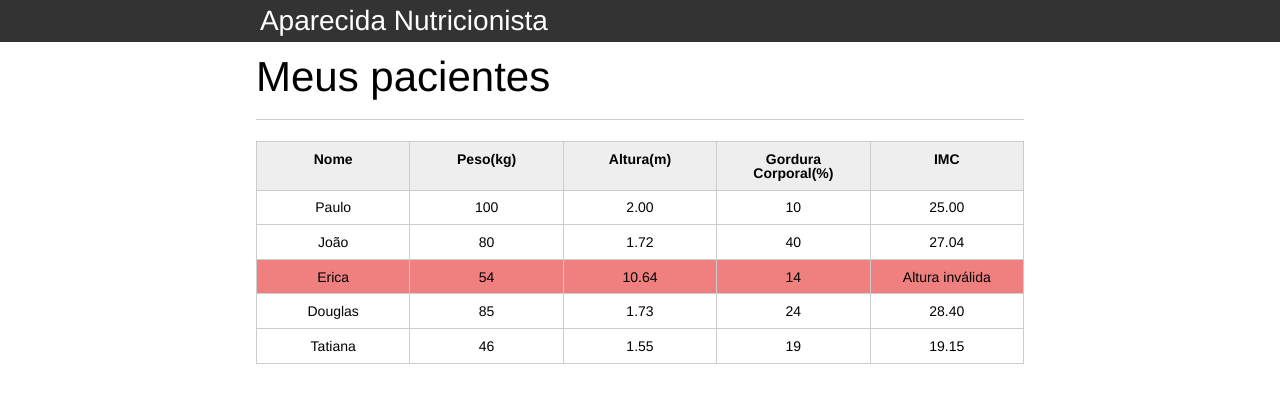
Repository: prof-fernando-alves/introducao-javascript
Page: index.html
An editor plug-in stored every save of this project. The page is shown before and after the next save, followed by the edit.
The browser window is 1280 px wide. The pictures show the whole page.

Above is the page before, as saved 2021-09-14 14:36:47.

After the next save:
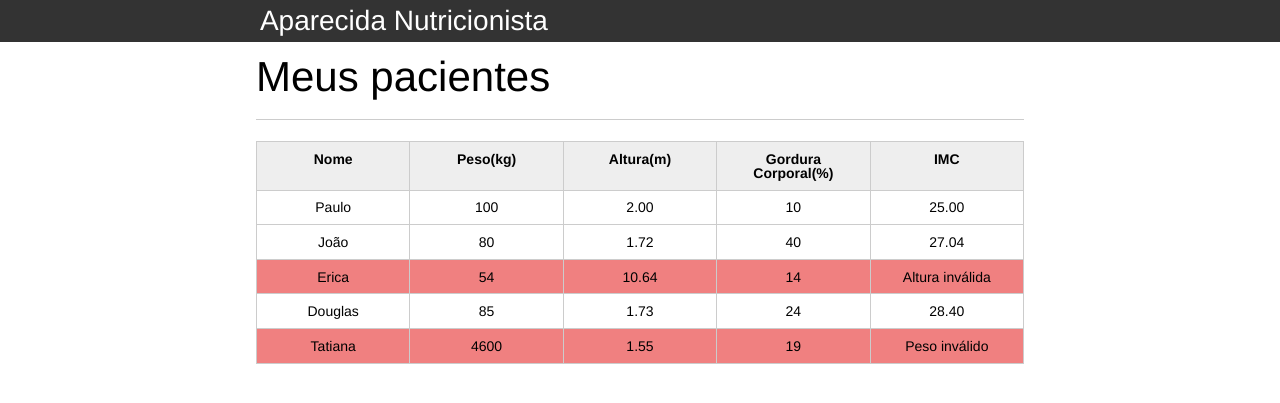
Saved 7 s later.
--- a/index.html
+++ b/index.html
@@ -62,7 +62,7 @@
 						</tr>
 						<tr class="paciente" >
 							<td class="info-nome">Tatiana</td>
-							<td class="info-peso">46</td>
+							<td class="info-peso">4600</td>
 							<td class="info-altura">1.55</td>
 							<td class="info-gordura">19</td>
 							<td class="info-imc">0</td>
